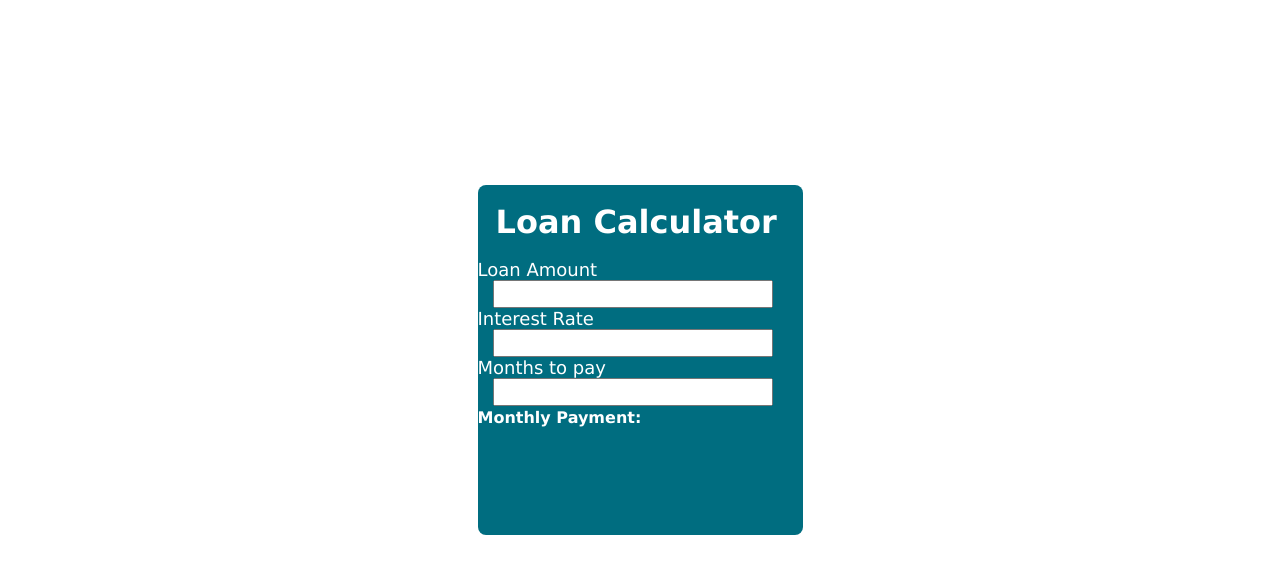
Repository: Ankitkr2021/Loan-Calculator
Page: index.html
An editor plug-in stored every save of this project. The page is shown before and after the next save, followed by the edit.
The browser window is 1280 px wide. The pictures show the whole page.

Above is the page before, as saved 2025-10-28 08:54:12.

### index.html
<!DOCTYPE html>
<html lang="en">
<head>
    <meta charset="UTF-8">
    <meta name="viewport" content="width=device-width, initial-scale=1.0">
    <title>Loan Calculator</title>
    <link rel="stylesheet" href="./style.css">
</head>
<body>
    <div class="box">
        <h1>Loan Calculator</h1>
        <span>Loan Amount</span>
        <input type="number">
        <span>Interest Rate</span>
        <input type="number">
        <span>Months to pay</span>
        <input type="number">
        <h4>Monthly Payment:<span></span></h4>
    </div>
</body>
</html>

### style.css
*{
    margin: 0;
    padding: 0;
    box-sizing: border-box;
    font-family:'Lucida Sans', 'Lucida Sans Regular', 'Lucida Grande', 'Lucida Sans Unicode', Geneva, Verdana, sans-serif;
}

body{
    display: flex;
    align-items: center;
    justify-content: center;
    height: 100vh;
    width: 100%;
}

.box{
    display: flex;
    flex-direction: column;
    background: rgb(0, 109, 128);
    color: #fff;
    height: 350px;
    width: 325px;
    border-radius: 8px;
}

h1{
    padding: 18px;
}

span {
   font-size: 18px;
}

input{
    width: 280px;
    height: 25px;
    margin-left: 15px;
    padding: 12px;
}

After the next save:
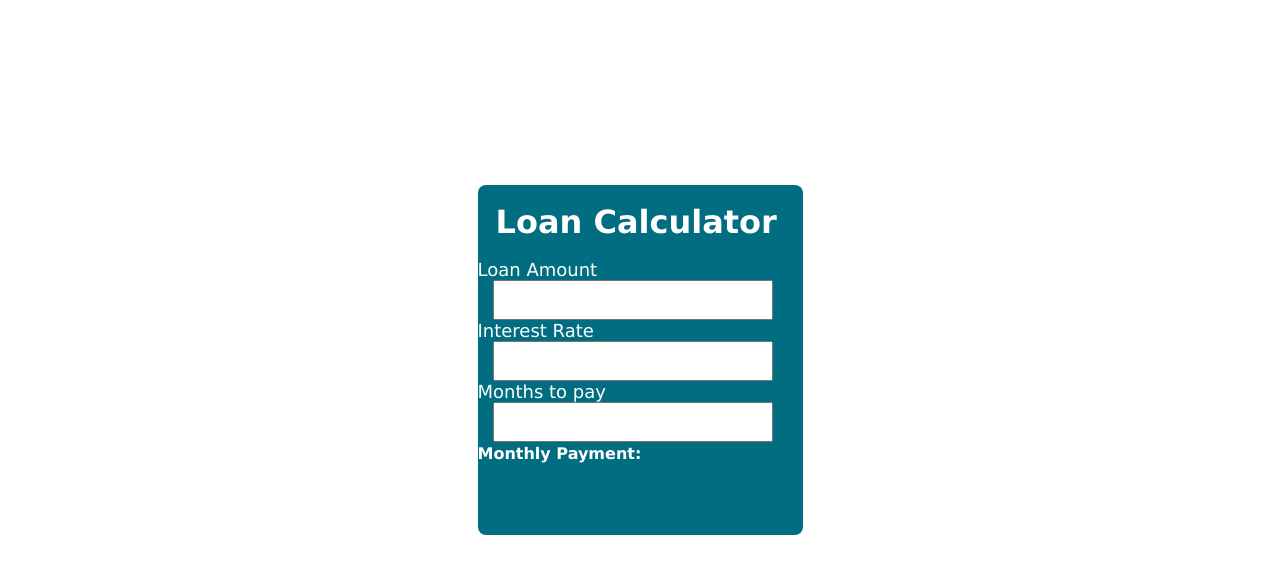
Saved 4 s later.
--- a/style.css
+++ b/style.css
@@ -35,5 +35,5 @@
     width: 280px;
     height: 25px;
     margin-left: 15px;
-    padding: 12px;
+    padding: 18px;
 }
